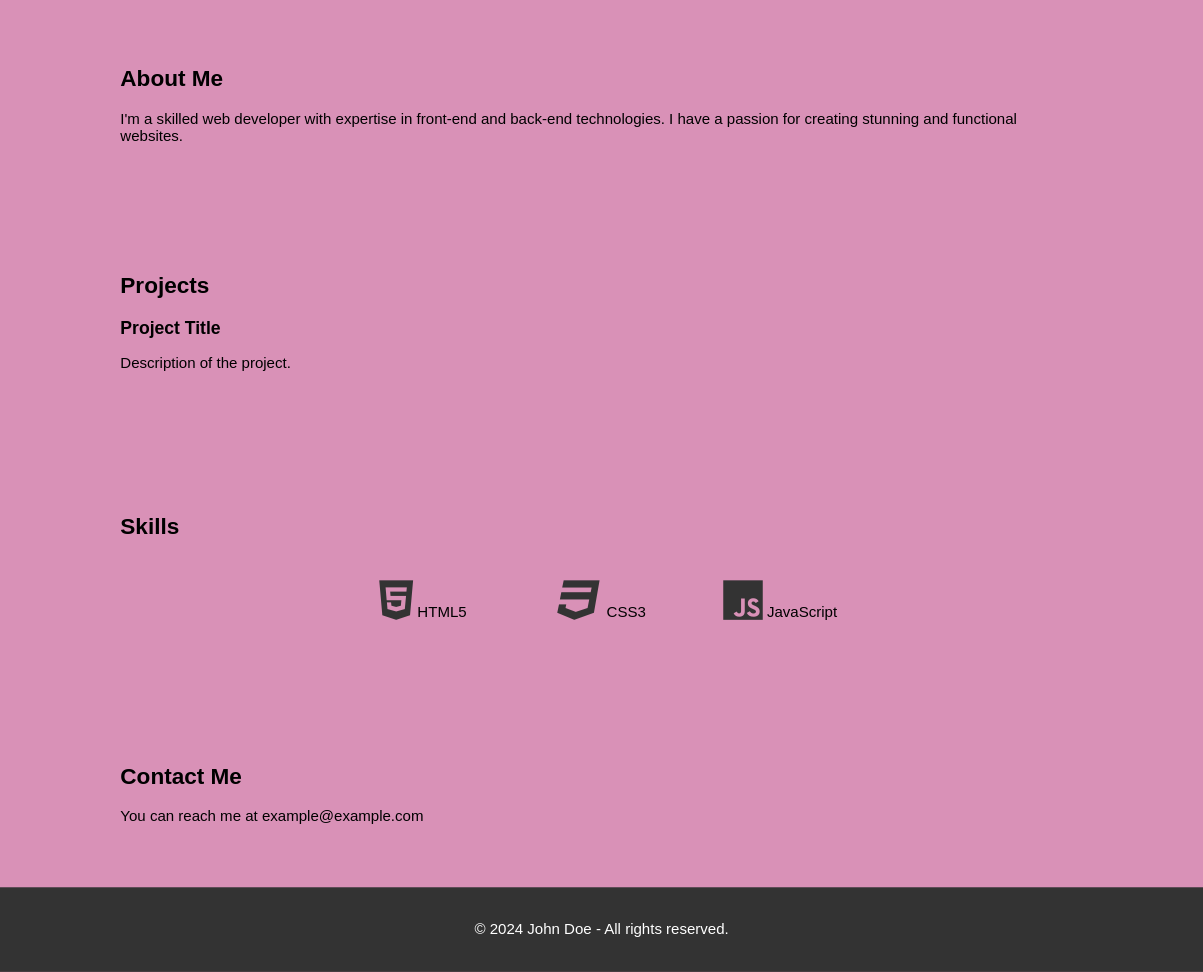
Repository: JaswanthT1/Portfolio
Page: index.html
The author's editor kept a copy of each file at every save. The page is drawn from the files as they stood at one save, then again after a run of saves.
The browser window is 1280 px wide. The pictures show the part of the page from y = 718 to 1752 px (the page is 1752 px tall), at 94% of full size.

Above is the page before, as saved 2024-04-25 08:36:54.
Not found: script.js

### index.html
<!DOCTYPE html>
<html lang="en">
  <head>
    <meta charset="UTF-8" />
    <meta name="viewport" content="width=device-width, initial-scale=1.0" />
    <title>My Premium Portfolio</title>
    <link rel="stylesheet" href="style.css" />
    <link
      rel="stylesheet"
      href="https://cdnjs.cloudflare.com/ajax/libs/font-awesome/5.15.4/css/all.min.css"
    />
  </head>
  <body>
    <header>
      <div class="container">
        <h1>John Doe</h1>
        <nav>
          <ul>
            <li><a href="#about">About</a></li>
            <li><a href="#projects">Projects</a></li>
            <li><a href="#skills">Skills</a></li>
            <li><a href="#contact">Contact</a></li>
          </ul>
        </nav>
      </div>
    </header>

    <section id="hero">
      <div class="hero-content">
        <h2>Welcome to My Premium Portfolio</h2>
        <p>I'm a passionate developer ready to bring your projects to life.</p>
        <a href="#contact" class="btn">Hire Me</a>
      </div>
    </section>

    <section id="about">
      <div class="container">
        <h2>About Me</h2>
        <p>
          I'm a skilled web developer with expertise in front-end and back-end
          technologies. I have a passion for creating stunning and functional
          websites.
        </p>
      </div>
    </section>

    <section id="projects">
      <div class="container">
        <h2>Projects</h2>
        <div class="project">
          <h3>Project Title</h3>
          <p>Description of the project.</p>
        </div>
        <!-- Add more projects here -->
      </div>
    </section>

    <section id="skills">
      <div class="container">
        <h2>Skills</h2>
        <div class="skills">
          <div class="skill">
            <i class="fab fa-html5"></i>
            <span>HTML5</span>
          </div>
          <div class="skill">
            <i class="fab fa-css3"></i>
            <span>CSS3</span>
          </div>
          <div class="skill">
            <i class="fab fa-js"></i>
            <span>JavaScript</span>
          </div>
          <!-- Add more skills here -->
        </div>
      </div>
    </section>

    <section id="contact">
      <div class="container">
        <h2>Contact Me</h2>
        <p>You can reach me at example@example.com</p>
      </div>
    </section>

    <footer>
      <div class="container">
        <p>&copy; 2024 John Doe - All rights reserved.</p>
      </div>
    </footer>

    <script src="script.js"></script>
  </body>
</html>

### style.css
/* Basic styles */

body {
  font-family: Arial, sans-serif;
  margin: 0;
  padding: 0;
  background-color: rgb(217, 145, 183);
}

.container {
  width: 80%;
  margin: 0 auto;
}

header {
  background-color: #333;
  color: #d72e2e;
  padding: 20px 0;
}

header h1 {
  margin: 0;
}

nav ul {
  list-style: none;
  padding: 0;
}

nav ul li {
  display: inline;
  margin-right: 20px;
}

nav ul li a {
  color: #fff;
  text-decoration: none;
}

section {
  padding: 50px 0;
}

/* Hero section styles */

#hero {
  background-image: url("hero-bg.jpg");
  background-size: cover;
  background-position: center;
  color: #fff;
  text-align: center;
  padding: 200px 0;
}

.hero-content {
  max-width: 600px;
  margin: 0 auto;
}

.hero-content h2 {
  font-size: 36px;
  margin-bottom: 20px;
}

.hero-content p {
  font-size: 18px;
  margin-bottom: 40px;
}

.btn {
  display: inline-block;
  background-color: #333;
  color: #fff;
  padding: 10px 20px;
  text-decoration: none;
  border-radius: 5px;
}

.btn:hover {
  background-color: #555;
}

/* Project section styles */

.project {
  margin-bottom: 30px;
}

.project h3 {
  margin-top: 0;
}

/* Skills section styles */

.skills {
  display: flex;
  flex-wrap: wrap;
  justify-content: center;
}

.skill {
  text-align: center;
  margin: 0 20px;
  padding: 20px 0;
  width: 150px;
}

.skill i {
  font-size: 48px;
  margin-bottom: 10px;
  color: #333;
}

/* Footer styles */

footer {
  background-color: #333;
  color: #fff;
  text-align: center;
  padding: 20px 0;
}

After the next 2 saves:
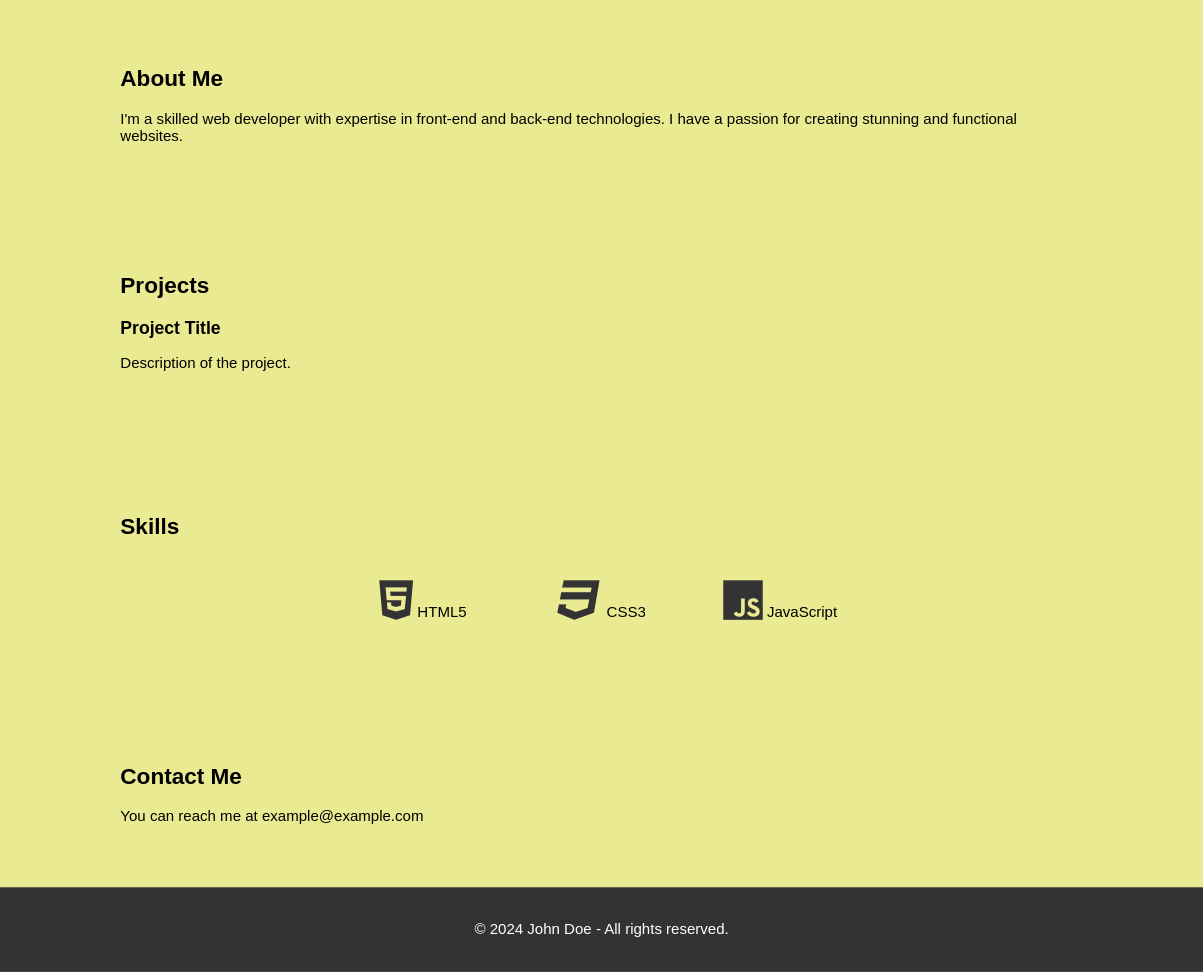
The 2 saves are shown as one change because they came seconds apart.
The last was saved 8 s later.
--- a/style.css
+++ b/style.css
@@ -4,7 +4,7 @@ body {
   font-family: Arial, sans-serif;
   margin: 0;
   padding: 0;
-  background-color: rgb(217, 145, 183);
+  background-color: rgb(234, 234, 147);
 }
 
 .container {
